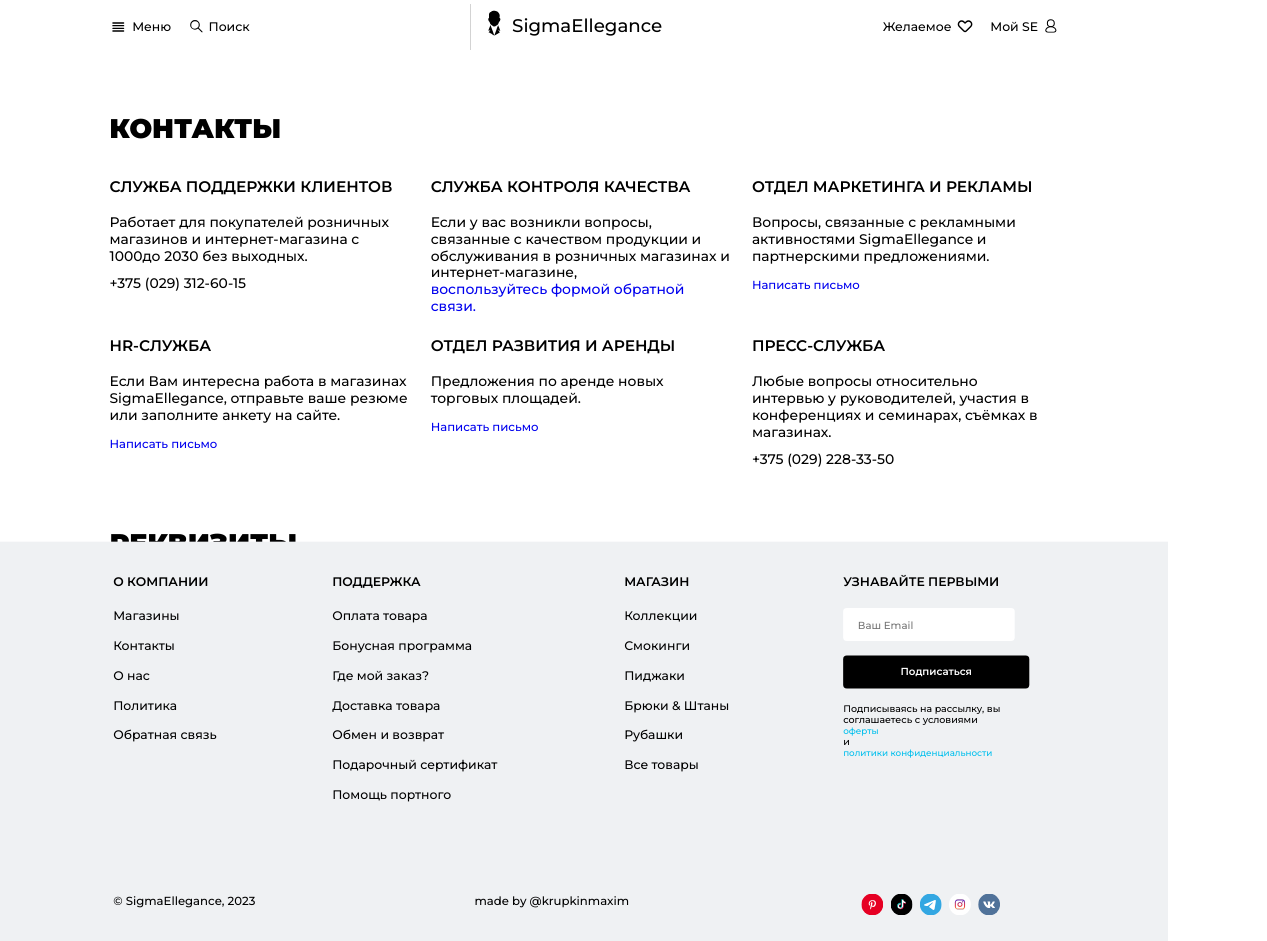
Repository: MaksimKrupkin/SigmaEllegance
Page: /contacts
The author's editor kept a copy of each file at every save. The page is drawn from the files as they stood at one save, then again after a run of saves.
The browser window is 1280 px wide. The page is 1736 px wide, so the pictures cover 1736 px, including what lies to the right of the window. The pictures show the whole page, at 73% of full size.
Some web fonts or font styles are not loaded; a fallback is used. The project was rebuilt for these pictures with package versions that can differ from the ones it lists, and the page was loaded fresh each time. Also part of the build but not shown: src/Components/SideBar/SideBar.module.css, src/Components/SideBar/SideBar.jsx, src/Pages/HomePage.module.css, src/Components/SliderWrapper/SliderWrapper.module.css, src/Components/SliderCard/SliderCard.module.css, src/Components/SliderCard/SliderCard.jsx, src/Components/LeftArrow/LeftArrow.module.css, src/Components/LeftArrow/LeftArrow.jsx and 25 more.

Above is the page before, as saved 2023-12-18 17:20:20.

### public/index.html
<!DOCTYPE html>
<html lang="en">
  <head>
    <meta charset="utf-8" />

    <meta name="viewport" content="width=device-width, initial-scale=1" />

    <link rel="preconnect" href="https://fonts.googleapis.com" />
    <link rel="preconnect" href="https://fonts.gstatic.com" crossorigin />
    <link
      href="https://fonts.googleapis.com/css2?family=Roboto:wght@400;500;700&display=swap"
      rel="stylesheet" />
    <link
      href="https://fonts.googleapis.com/css2?family=Montserrat:ital,wght@0,300;0,500;0,600;0,900;1,400;1,500&family=Roboto:wght@400;500;700&display=swap"
      rel="stylesheet" />
    <link rel="preconnect" href="https://fonts.googleapis.com" />
    <link rel="preconnect" href="https://fonts.gstatic.com" crossorigin />
    <link
      href="https://fonts.googleapis.com/css2?family=Montserrat:wght@300&family=Roboto:wght@400;500;700&display=swap"
      rel="stylesheet" />
    <link href="https://fonts.cdnfonts.com/css/montserrat" rel="stylesheet" />
    <title>SigmaEllegance</title>
  </head>
  <body>
    <div id="root"></div>
  </body>
</html>

### src/index.js
import React from 'react';
import ReactDOM from 'react-dom/client';
import App from './App';
import { BrowserRouter } from 'react-router-dom';

const root = ReactDOM.createRoot(document.getElementById('root'));
root.render(
  <React.StrictMode>
    <BrowserRouter>
      <App />
    </BrowserRouter>
  </React.StrictMode>,
);

### src/App.js
import Header from './Components/Header/Header';
import HomePage from './Pages/HomePage';
import styles from './App.module.css';
import GoodsPage from './Pages/GoodsPage/GoodsPage';
import OpenGoodPage from './Pages/OpenGoodPage/OpenGoodPage';
import Footer from './Components/Footer/Footer';
import { BrowserRouter, Route, Routes } from 'react-router-dom';
import AboutUs from './Pages/AboutUs/AboutUs';
import SearchPage from './Pages/SearchPage/SearchPage';
import React from 'react';
import { useState } from 'react';
import { useParams } from 'react-router-dom';
import Contacts from './Pages/Contacts/Contacts';
function App() {
  const { category, id } = useParams();
  return (
    <div className={styles.container}>
      <Header />
      <Routes>
        <Route path="/" element={<HomePage />} />
        <Route path="/goodspage/" element={<GoodsPage />} />
        <Route path="/goodspage/:category" element={<GoodsPage />} />
        <Route path="/goodspage/:category/:id" element={<OpenGoodPage />} />
        <Route path="/opengoodspage" element={<OpenGoodPage />} />
        <Route path="/opengoodspage/:category/:id" element={<OpenGoodPage />} />
        <Route path="/aboutUsPage" element={<AboutUs />} />
        <Route path="/searchPage" element={<SearchPage />} />
        <Route path="/contacts" element={<Contacts />} />
      </Routes>

      <Footer />
    </div>
  );
}

export default App;

### src/Components/Header/Header.jsx
import React from 'react';
import { useState } from 'react';
import { Link } from 'react-router-dom';
import styles from './Header.module.css';
import logo from '../../assets/img/logo.svg';
import icon1 from '../../assets/img/Icon1.svg';
import icon2 from '../../assets/img/icon2.svg';
import icon3 from '../../assets/img/icon3.svg';
import icon4 from '../../assets/img/icon4.svg';
import SideBar from '../SideBar/SideBar';

function Header() {
  const [toggleMenu, setToggleMenu] = useState(false);
  const HandleToggle = () => {
    setToggleMenu(!toggleMenu);
  };
  console.log(toggleMenu);
  return (
    <header className={styles.header}>
      <div className={styles.left_part}>
        <div onClick={HandleToggle} className={styles.menu}>
          <img className={styles.icon1} src={icon1} alt="" />
          <p>Меню</p>
        </div>
        {toggleMenu && <SideBar HandleToggle={HandleToggle} />}

        <Link to="/searchPage" className={styles.search}>
          <img className={styles.icon2} src={icon2} alt="" />
          <p>Поиск</p>
        </Link>
      </div>
      <Link to="/" className={styles.logo_part}>
        <img className={styles.logo} src={logo} alt="" />
        <p>SigmaEllegance</p>
      </Link>
      <div className={styles.right_part}>
        <a className={styles.liked}>
          <p>Желаемое</p>
          <img className={styles.icon3} src={icon3} alt="" />
        </a>
        <a className={styles.purchases}>
          <p>Мой SE</p>
          <img className={styles.icon4} src={icon4} alt="" />
        </a>
      </div>
    </header>
  );
}

export default Header;

### src/App.module.css
body {
  font-family: 'Montserrat', sans-serif;
  display: block;
  margin: 0 auto;
  padding: 0;
  width: 100%;
  position: relative;
  overflow-x: hidden;
}
.container {
  width: 1600px;
  display: block;
  margin: 0 auto;
}

*,
*::before,
*::after {
  box-sizing: border-box;
}

/* Links */

a,
a:link,
a:visited {
  text-decoration: none;
}

a:hover {
  text-decoration: none;
}

/* Common */

aside,
nav,
header,
section,
main {
  display: block;
}

h1,
h2,
h3,
h4,
h5,
h6,
p {
  font-size: inherit;
  font-weight: inherit;
}

ul,
ul li {
  list-style: none;
}

img {
  vertical-align: top;
}

img,
svg {
  max-width: 100%;
  height: auto;
}

address {
  font-style: normal;
}

/* Form */

input,
textarea,
button,
select {
  font-family: inherit;
  font-size: inherit;
  color: inherit;
  background-color: transparent;
}

input::-ms-clear {
  display: none;
}

button,
input[type='submit'] {
  display: inline-block;
  box-shadow: none;
  background-color: transparent;
  background: none;
  cursor: pointer;
}

input:focus,
input:active,
button:focus,
button:active {
  outline: none;
}

button::-moz-focus-inner {
  padding: 0;
  border: 0;
}

label {
  cursor: pointer;
}

legend {
  display: block;
}

### src/Components/Footer/Footer.jsx
import React from 'react';
import icon1 from '../../assets/img/pint.svg';
import icon2 from '../../assets/img/TT.svg';
import icon3 from '../../assets/img/TG.svg';
import icon4 from '../../assets/img/IG.svg';
import icon5 from '../../assets/img/VK.svg';
import styles from './Footer.module.css';

export default function Footer() {
  return (
    <footer className={styles.footer}>
      <div className={styles.column_1}>
        <a className={styles.column_title}>О компании</a>
        <a className={styles.column_item}> Магазины</a>
        <a className={styles.column_item}>Контакты</a>
        <a className={styles.column_item}>О нас</a>
        <a className={styles.column_item}>Политика</a>
        <a className={styles.column_item}>Обратная связь</a>
      </div>
      <div className={styles.column_2}>
        <a className={styles.column_title}>Поддержка</a>
        <a className={styles.column_item}> Оплата товара</a>
        <a className={styles.column_item}>Бонусная программа</a>
        <a className={styles.column_item}>Где мой заказ?</a>
        <a className={styles.column_item}>Доставка товара</a>
        <a className={styles.column_item}>Обмен и возврат</a>
        <a className={styles.column_item}>Подарочный сертификат</a>
        <a className={styles.column_item}>Помощь портного</a>
      </div>
      <div className={styles.column_3}>
        <a className={styles.column_title}>Магазин</a>
        <a className={styles.column_item}> Коллекции</a>
        <a className={styles.column_item}>Смокинги</a>
        <a className={styles.column_item}>Пиджаки</a>
        <a className={styles.column_item}>Брюки & Штаны</a>
        <a className={styles.column_item}>Рубашки</a>
        <a className={styles.column_item}>Все товары</a>
      </div>
      <div className={styles.footer_form}>
        <div className={styles.footer_form_title}>Узнавайте первыми</div>
        <form action={styles.text}>
          <input className={styles.footer_form_email} type="text" placeholder="Ваш Email" />
        </form>
        <div className={styles.footer_button}>
          <div className={styles.footer_link}>Подписаться</div>
        </div>
        <div className={styles.policy}>
          Подписываясь на рассылку, вы соглашаетесь с условиями{' '}
          <a href="" className={styles.policy_link}>
            оферты
          </a>{' '}
          и <a className={styles.policy_link}>политики конфиденциальности</a>{' '}
        </div>
      </div>
      <div className={styles.footer_border}>
        <img src="/img/Border.svg" alt="" />
      </div>
      <div className={styles.sigma_corp}>© SigmaEllegance, 2023</div>
      <div className={styles.made_by}>made by @krupkinmaxim</div>
      <div className={styles.social_networks}>
        <img className={styles.pintrest} src={icon1} alt="" />
        <img className={styles.tik_tok} src={icon2} alt="" />
        <img className={styles.telegram} src={icon3} alt="" />
        <img className={styles.instagram} src={icon4} alt="" />
        <img className={styles.vk} src={icon5} alt="" />
      </div>
    </footer>
  );
}

### src/Pages/Contacts/Contacts.jsx
import React from 'react';
import { Link } from 'react-router-dom';
import styles from './Contacts.module.css';

export default function Contacts() {
  return (
    <div className={styles.container}>
      <div className={styles.top_part}>
        <h2 className={styles.title}>Контакты</h2>
        <div className={styles.paragraphs}>
          <div className={styles.item}>
            <div className={styles.subtitle}>служба поддержки клиентов</div>
            <div className={styles.text}>
              Работает для покупателей розничных магазинов и интернет-магазина с 1000до 2030 без
              выходных.
            </div>
            <span className={styles.phoneNumber}>+375 (029) 312-60-15</span>
          </div>
          <div className={styles.item}>
            <div className={styles.subtitle}>служба контроля качества</div>
            <div className={styles.text}>
              Если у вас возникли вопросы, связанные с качеством продукции и обслуживания в
              розничных магазинах и интернет-магазине,
              <Link> воспользуйтесь формой обратной связи.</Link>
            </div>
          </div>
          <div className={styles.item}>
            <div className={styles.subtitle}>Отдел маркетинга и рекламы</div>
            <div className={styles.text}>
              Вопросы, связанные с рекламными активностями SigmaEllegance и партнерскими
              предложениями.
            </div>
            <br />
            <Link>Написать письмо</Link>
          </div>
          <div className={styles.item}>
            <div className={styles.subtitle}>HR-служба</div>
            <div className={styles.text}>
              Если Вам интересна работа в магазинах SigmaEllegance, отправьте ваше резюме или
              заполните анкету на сайте.
            </div>
            <br />
            <Link>Написать письмо</Link>
          </div>
          <div className={styles.item}>
            <div className={styles.subtitle}>Отдел развития и аренды</div>
            <div className={styles.text}>Предложения по аренде новых торговых площадей.</div>
            <br />
            <Link>Написать письмо</Link>
          </div>
          <div className={styles.item}>
            <div className={styles.subtitle}>Пресс-служба</div>
            <div className={styles.text}>
              Любые вопросы относительно интервью у руководителей, участия в конференциях и
              семинарах, съёмках в магазинах.
            </div>
            <span className={styles.phoneNumber}>+375 (029) 228-33-50</span>
          </div>
        </div>
      </div>
      <div className={styles.bottom_part}>
        <h2 className={styles.title}>Реквизиты</h2>
        <div className={styles.paragraphs}></div>
      </div>
    </div>
  );
}

### src/Components/Header/Header.module.css
.header {
  font-family: 'Montserrat', sans-serif;
  margin: 0 auto;
  width: 100%;
  height: 10vh;
  display: flex;
  justify-content: space-around;
  align-items: center;
}

.left_part {
  display: flex;
  justify-content: space-between;
  align-items: center;
  gap: 25px;
  color: #000;
  margin-bottom: -2px;

  font-family: Montserrat;
  font-size: 17px;
  font-style: normal;
  font-weight: 500;
  line-height: normal;
}
.menu {
  display: flex;
  justify-content: space-between;
  align-items: center;
  gap: 8px;
  cursor: pointer;
}
.menu:hover {
  color: rgb(80, 77, 77);
}
.icon1 {
  width: 22px;
  height: 22px;
  margin-bottom: 1px;
}
.search {
  display: flex;
  justify-content: space-between;
  align-items: center;
  gap: 8px;
  cursor: pointer;
  color: black;
}

.search:hover {
  color: rgb(80, 77, 77);
}
.icon2 {
  width: 18px;
  height: 18px;
  margin-bottom: 3px;
}

.logo_part {
  margin-bottom: 3px;
  display: flex;
  justify-content: space-between;
  align-items: center;

  color: #000;

  font-family: Montserrat;
  font-size: 25px;
  font-style: normal;
  font-weight: 400;
  line-height: normal;
  cursor: pointer;
}

.logo {
  width: 67.375px;
  height: 69.103px;
  flex-shrink: 0;
  margin-right: -10px;
}
.right_part {
  margin-bottom: -2px;
  display: flex;
  justify-content: space-between;
  align-items: center;
  gap: 23px;
  font-family: Montserrat;
  font-size: 17px;
  font-style: normal;
  font-weight: 500;
  line-height: normal;
}

.liked {
  display: flex;
  justify-content: space-between;
  align-items: center;
  gap: 8px;
  cursor: pointer;
}
.liked:hover {
  color: rgb(80, 77, 77);
}
.icon3 {
  width: 22px;
  height: 22px;
  margin-bottom: 3px;
}

.purchases {
  display: flex;
  justify-content: space-between;
  align-items: center;
  gap: 8px;
  cursor: pointer;
}
.purchases:hover {
  color: rgb(80, 77, 77);
}

.icon4 {
  width: 19px;
  height: 19px;
  margin-bottom: 3px;
}

### src/Components/Footer/Footer.module.css
.footer {
  background-color: #eff1f3;
  width: 1600px;
  height: 547px;
  position: absolute;
  overflow-y: hidden;
}
a {
  display: block;
}

.column_1 {
  position: absolute;
  top: 45px;
  left: 155px;
}

.column_2 {
  position: absolute;
  top: 45px;
  left: 455px;
}

.column_3 {
  position: absolute;
  top: 45px;
  left: 855px;
}
.column_title {
  font-style: normal;
  font-weight: 600;
  font-size: 17px;
  line-height: 21px;
  text-transform: uppercase;
  color: #000000;
  margin-bottom: 25px;
}

.column_item {
  font-family: 'Montserrat';
  font-style: normal;
  font-weight: 400;
  font-size: 17px;
  line-height: 21px;
  color: #000000;
  margin-bottom: 20px;
  cursor: pointer;
}

.footer_form {
  position: absolute;
  top: 45px;
  left: 1155px;
}

.footer_form_title {
  font-style: normal;
  font-weight: 600;
  font-size: 17px;
  line-height: 21px;
  text-transform: uppercase;
  color: #000000;
  margin-bottom: 25px;
}
.footer {
  opacity: 1;
}
.footer_form_email {
  width: 235px;
  height: 45px;
  background-color: white;
  border: none;
  border-radius: 5px;
  font-style: normal;
  font-weight: 400;
  font-size: 14px;
  line-height: 17px;
  padding-left: 20px;
  color: rgba(0, 0, 0, 0.4);
}
.footer_form_email:focus {
  border: 2px solid black;
}

.footer_button {
  margin-top: 20px;
  margin-bottom: 20px;
  width: 255px;
  background-color: #000000;
  border-radius: 5px;
  text-align: center;
  font-style: normal;
  font-weight: 600;
  font-size: 14px;
  line-height: 45px;
  color: #ffffff;
  cursor: pointer;
}
.footer_link {
  color: #ffffff;
}

.policy {
  width: 254px;
  font-style: normal;
  font-weight: 400;
  font-size: 13px;
  line-height: 15px;
  color: #000000;
}
.policy_link {
  font-style: normal;
  font-weight: 400;
  font-size: 12px;
  line-height: 15px;
  color: #00bfed;
}

.footer_border {
  position: absolute;
  bottom: 120px;
}

.sigma_corp {
  position: absolute;
  left: 155px;
  bottom: 45px;

  font-weight: 500;
}

.made_by {
  position: absolute;
  left: 650px;
  bottom: 45px;
  font-weight: 500;
}

.social_networks {
  position: absolute;
  left: 1180px;
  bottom: 35px;
}
.pintrest {
  width: 30px;
  height: 30px;
  margin-right: 10px;
  transition: all 0.1s ease-in;
  cursor: pointer;
}
.pintrest:hover {
  width: 35px;
  height: 35px;
  transform: translateY(-3px);
}
.tik_tok {
  width: 30px;
  height: 30px;
  margin-right: 10px;
  transition: all 0.1s ease-in;
  cursor: pointer;
}
.tik_tok:hover {
  width: 35px;
  height: 35px;
  transform: translateY(-3px);
}
.telegram {
  width: 30px;
  height: 30px;
  margin-right: 10px;
  transition: all 0.1s ease-in;
  cursor: pointer;
}
.telegram:hover {
  width: 35px;
  height: 35px;
  transform: translateY(-3px);
}
.instagram {
  width: 30px;
  height: 30px;
  margin-right: 10px;
  transition: all 0.1s ease-in;
  cursor: pointer;
}
.instagram:hover {
  width: 35px;
  height: 35px;
  transform: translateY(-3px);
}
.vk {
  width: 30px;
  height: 30px;
  margin-right: 10px;
  transition: all 0.1s ease-in;
  cursor: pointer;
}
.vk:hover {
  width: 35px;
  height: 35px;
  transform: translateY(-3px);
}

### src/Pages/Contacts/Contacts.module.css
.container {
  width: 1586px;
  height: 470px;
  margin: 150px;
  margin-right: 140px;
  margin-top: 50px;
  display: flex;
  flex-direction: column;
  justify-content: space-between;
  gap: 50px;
}
.title {
  color: #000;
  font-family: Montserrat;
  font-size: 37px;
  font-style: normal;
  font-weight: 700;
  line-height: normal;
  text-transform: uppercase;
  margin-bottom: 45px;
}
.paragraphs {
  width: 1290px;
  display: flex;
  justify-content: space-between;
  align-items: top;
  flex-wrap: wrap;
  gap: 30px;
}
.item {
  width: 410px;
}
.subtitle {
  color: #000;

  font-family: Montserrat;
  font-size: 21px;
  font-style: normal;
  font-weight: 600;
  line-height: normal;
  text-transform: uppercase;
  margin-bottom: 25px;
}
.text {
  color: #000;

  font-family: Montserrat;
  font-size: 19px;
  font-style: normal;
  font-weight: 400;
  line-height: normal;
}
.phoneNumber {
  display: block;
  margin-top: 15px;
  color: #000;

  font-family: Montserrat;
  font-size: 19px;
  font-style: normal;
  font-weight: 500;
  line-height: normal;
}

After the next 2 saves:
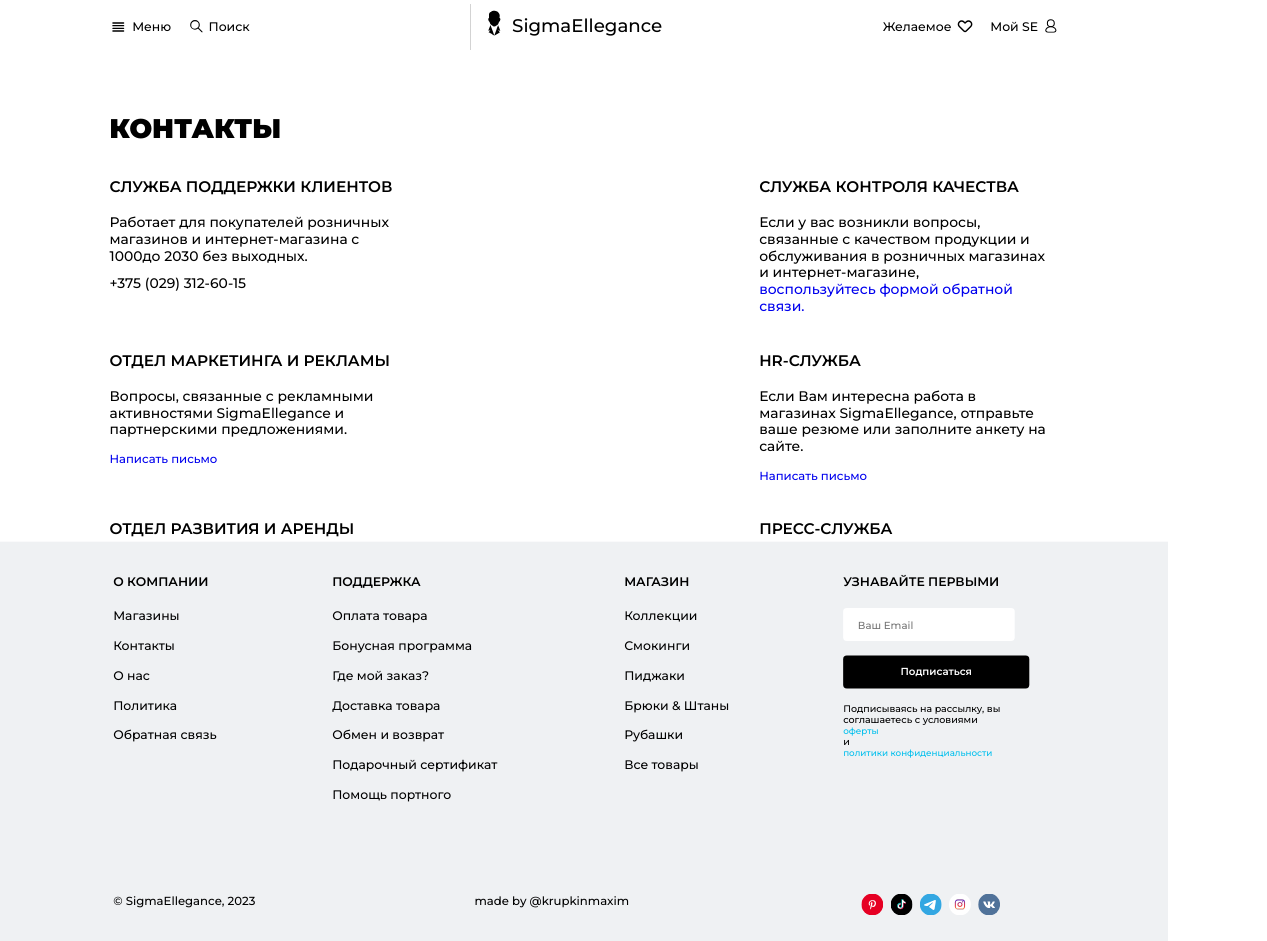
The 2 saves are shown as one change because they came seconds apart.
The last was saved 13 s later.
--- a/src/Pages/Contacts/Contacts.module.css
+++ b/src/Pages/Contacts/Contacts.module.css
@@ -25,10 +25,10 @@
   justify-content: space-between;
   align-items: top;
   flex-wrap: wrap;
-  gap: 30px;
+  gap: 50px;
 }
 .item {
-  width: 410px;
+  width: 400px;
 }
 .subtitle {
   color: #000;
